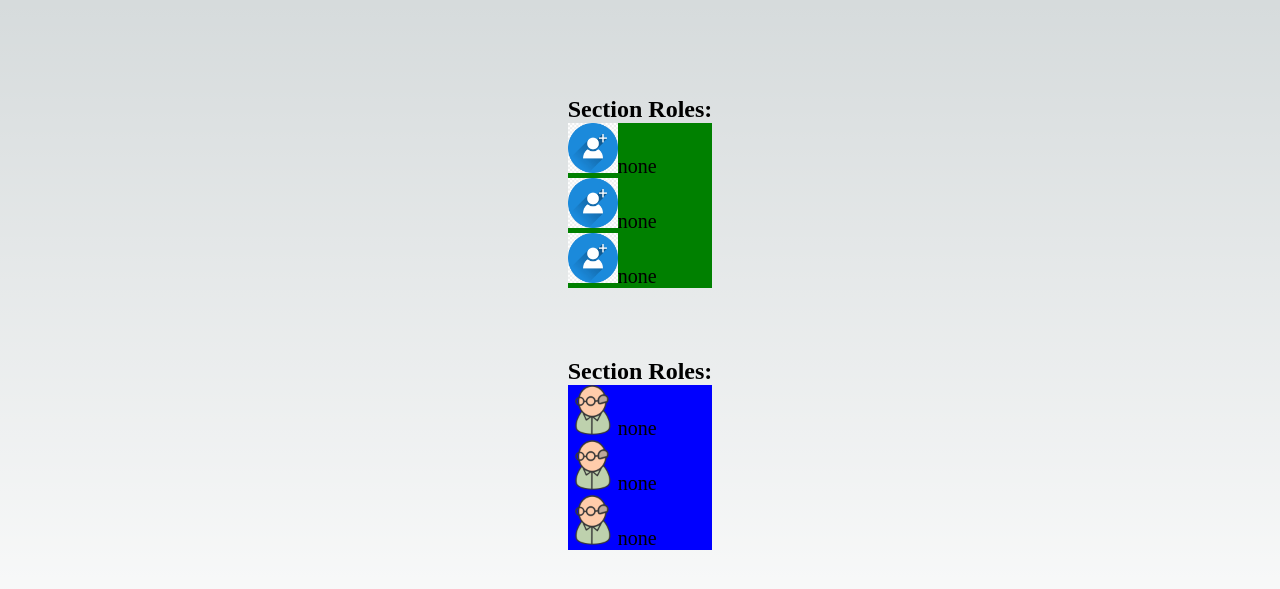
Repository: anikagrewal/week3example
Page: /about
These files come from the project's save history. The page is drawn as it stood at one moment and after the next save; the edit follows.
The browser window is 1280 px wide. The pictures show the whole page.
The project was rebuilt for these pictures with package versions that can differ from the ones it lists, and the page was loaded fresh each time. The framework's server and built-in components were replaced by stand-ins that run in the browser. Also part of the build but not shown: next.config.js.

Above is the page before, as saved 2023-01-19 12:46:24.

### pages/about.js
import Head from 'next/head'
import Image from 'next/image'
import { Inter } from '@next/font/google'
import styles from '@/styles/Home.module.css'
import data from '../data/workplace.json'
import { useState } from 'react'
import Cardtwo from '../components/Card'

const inter = Inter({ subsets: ['latin'] })

console.log(data);
export default function About() {

    const [details, setDetails] = useState([...data])

    return (
        <>
        <Head>
        <title>About Page</title>
        <meta name="description" content="Generated by create next app" />
        <meta name="viewport" content="width=device-width, initial-scale=1" />
        <link rel="icon" href="/favicon.ico" />
      </Head>
<main className={styles.main}>
<div className={styles.grid}>
<div className={styles.gridlayout}>
<div>
<h2 className={styles.busdeg}>Section Roles: </h2>
{details && details.map((detail, workplace) => {
  if(detail.section === "Frontend Developer") {
    return (
      <Cardtwo key={workplace} role={detail.role} colour="green" font="20px"/>
    )
  }


})}
</div>

<div>
<h2 className={styles.busdeg}>Section Roles: </h2>
{details && details.map((detail, workplace) => {
  if(detail.position === "Junior") {
    return (
      <Cardtwo key={workplace} firstName={detail.firstName} colour="blue" font="20px"/>
    )
  }


})}
</div>

</div>
</div>
</main>
</>
    )
}

### styles/Home.module.css
.main {
  display: flex;
  flex-direction: column;
  justify-content: space-between;
  align-items: center;
  padding: 6rem;
  min-height: 100vh;
}

.description {
  display: inherit;
  justify-content: inherit;
  align-items: inherit;
  font-size: 0.85rem;
  max-width: var(--max-width);
  width: 100%;
  z-index: 2;
  font-family: var(--font-mono);
}

.description a {
  display: flex;
  justify-content: center;
  align-items: center;
  gap: 0.5rem;
}

.description p {
  position: relative;
  margin: 0;
  padding: 1rem;
  background-color: rgba(var(--callout-rgb), 0.5);
  border: 1px solid rgba(var(--callout-border-rgb), 0.3);
  border-radius: var(--border-radius);
}

.code {
  font-weight: 700;
  font-family: var(--font-mono);
}

.grid {
  display: grid;
  grid-template-columns: (4, minmax(25%, auto));
  width: var(--max-width);
  max-width: 100%;
  justify-content: center;
}

.gridlayout {
  display: flex;
  flex-direction: column;
 gap: 70px;
}

.card {
  padding: 1rem 1.2rem;
  border-radius: var(--border-radius);
  background: rgba(var(--card-rgb), 0);
  border: 1px solid rgba(var(--card-border-rgb), 0);
  transition: background 200ms, border 200ms;
}

.card span {
  display: inline-block;
  transition: transform 200ms;
}

.card h2 {
  font-weight: 600;
  margin-bottom: 0.7rem;
}

.card p {
  margin: 0;
  opacity: 0.6;
  font-size: 0.9rem;
  line-height: 1.5;
  max-width: 30ch;
}

.center {
  display: flex;
  justify-content: center;
  align-items: center;
  position: relative;
  padding: 4rem 0;
}

.center::before {
  background: var(--secondary-glow);
  border-radius: 50%;
  width: 480px;
  height: 360px;
  margin-left: -400px;
}

.center::after {
  background: var(--primary-glow);
  width: 240px;
  height: 180px;
  z-index: -1;
}

.center::before,
.center::after {
  content: '';
  left: 50%;
  position: absolute;
  filter: blur(45px);
  transform: translateZ(0);
}

.logo,
.thirteen {
  position: relative;
}

.thirteen {
  display: flex;
  justify-content: center;
  align-items: center;
  width: 75px;
  height: 75px;
  padding: 25px 10px;
  margin-left: 16px;
  transform: translateZ(0);
  border-radius: var(--border-radius);
  overflow: hidden;
  box-shadow: 0px 2px 8px -1px #0000001a;
}

.thirteen::before,
.thirteen::after {
  content: '';
  position: absolute;
  z-index: -1;
}

.busdeg {
  display: flex;
  justify-content: center;
}

.compdeg {
  display: flex;
  justify-content: center;
}

.button {
  width: 150px;
  height: 50px;
  border-radius: 5px;
  font-size: 20px;
}


/* Conic Gradient Animation */
.thirteen::before {
  animation: 6s rotate linear infinite;
  width: 200%;
  height: 200%;
  background: var(--tile-border);
}

/* Inner Square */
.thirteen::after {
  inset: 0;
  padding: 1px;
  border-radius: var(--border-radius);
  background: linear-gradient(
    to bottom right,
    rgba(var(--tile-start-rgb), 1),
    rgba(var(--tile-end-rgb), 1)
  );
  background-clip: content-box;
}

/* Enable hover only on non-touch devices */
@media (hover: hover) and (pointer: fine) {
  .card:hover {
    background: rgba(var(--card-rgb), 0.1);
    border: 1px solid rgba(var(--card-border-rgb), 0.15);
  }

  .card:hover span {
    transform: translateX(4px);
  }
}

@media (prefers-reduced-motion) {
  .thirteen::before {
    animation: none;
  }

  .card:hover span {
    transform: none;
  }
}

/* Mobile */
@media (max-width: 700px) {
  .content {
    padding: 4rem;
  }

  .grid {
    grid-template-columns: 1fr;
    margin-bottom: 120px;
    max-width: 320px;
    text-align: center;
  }

  .card {
    padding: 1rem 2.5rem;
  }

  .card h2 {
    margin-bottom: 0.5rem;
  }

  .center {
    padding: 8rem 0 6rem;
  }

  .center::before {
    transform: none;
    height: 300px;
  }

  .description {
    font-size: 0.8rem;
  }

  .description a {
    padding: 1rem;
  }

  .description p,
  .description div {
    display: flex;
    justify-content: center;
    position: fixed;
    width: 100%;
  }

  .description p {
    align-items: center;
    inset: 0 0 auto;
    padding: 2rem 1rem 1.4rem;
    border-radius: 0;
    border: none;
    border-bottom: 1px solid rgba(var(--callout-border-rgb), 0.25);
    background: linear-gradient(
      to bottom,
      rgba(var(--background-start-rgb), 1),
      rgba(var(--callout-rgb), 0.5)
    );
    background-clip: padding-box;
    backdrop-filter: blur(24px);
  }

  .description div {
    align-items: flex-end;
    pointer-events: none;
    inset: auto 0 0;
    padding: 2rem;
    height: 200px;
    background: linear-gradient(
      to bottom,
      transparent 0%,
      rgb(var(--background-end-rgb)) 40%
    );
    z-index: 1;
  }
}

/* Tablet and Smaller Desktop */
@media (min-width: 701px) and (max-width: 1120px) {
  .grid {
    grid-template-columns: repeat(2, 50%);
  }
}

@media (prefers-color-scheme: dark) {
  .vercelLogo {
    filter: invert(1);
  }

  .logo,
  .thirteen img {
    filter: invert(1) drop-shadow(0 0 0.3rem #ffffff70);
  }
}

@keyframes rotate {
  from {
    transform: rotate(360deg);
  }
  to {
    transform: rotate(0deg);
  }
}

### data/workplace.json
[
    {
    "employeeNumber": "E2345",
    "firstName": "Joe",
    "role": "HTML",
    "position": "Junior",
    "section": "Frontend Developer",
    "startDate": 2021
},
{
    "employeeNumber": "E6789",
    "firstName": "Alice",
    "role": "Next.js",
    "position": "Junior",
    "section": "Frontend Developer",
    "startDate": 2020
},
{
    "employeeNumber": "E1011",
    "firstName": "Jane",
    "role": "Javascript",
    "position": "Junior",
    "section": "Frontend Developer",
    "startDate": 2022
}
]

### components/Card/index.js
export default function Card({
    degree = "none",
    colour = "purple",
    font = "0",
    image = "icon/personTwo.png"
}) {
    return(
        <div style={{backgroundColor: colour, fontSize:font}}>
            {
                colour === "red" ? <img src={'icon/person.png'} width="50"/> :
                colour === "blue" ? <img src={'icon/personThree.png'} width="50"/>:
                                     <img src={image} width="50"/>
            }
            {degree}
        </div>
    )
}

Loaded but not shown: pages/_app.js (common file); pages/_document.js (common file); styles/globals.css (common file)

After the next save:
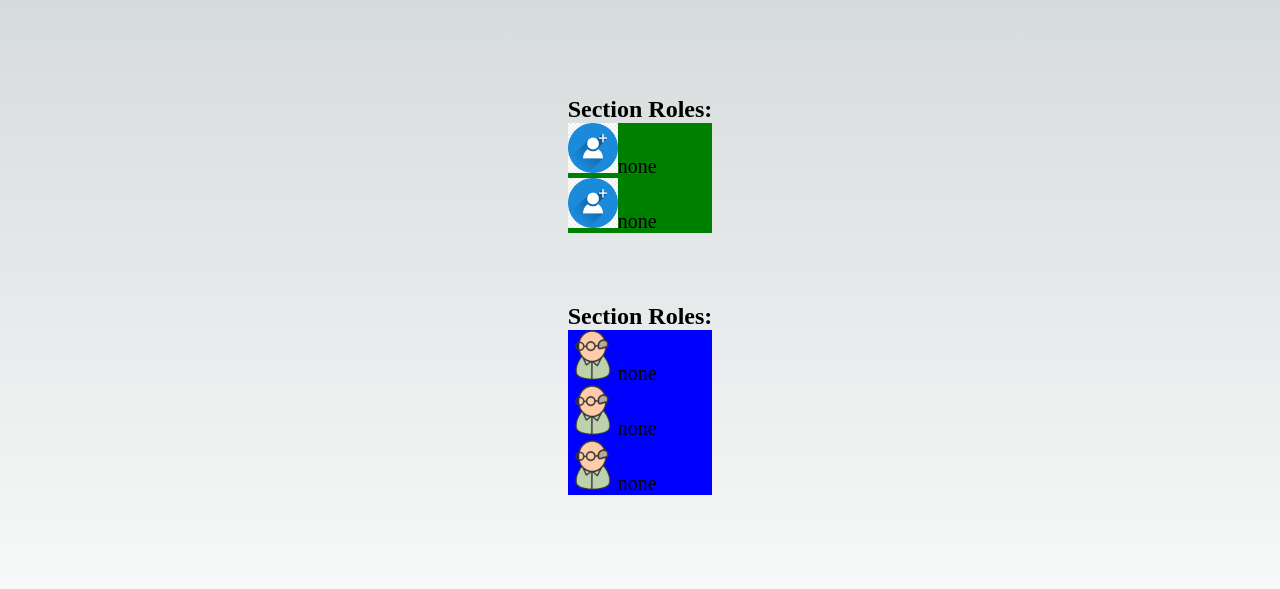
Saved 2 min 24 s later.
--- a/data/workplace.json
+++ b/data/workplace.json
@@ -18,9 +18,9 @@
 {
     "employeeNumber": "E1011",
     "firstName": "Jane",
-    "role": "Javascript",
+    "role": "Photoshop",
     "position": "Junior",
-    "section": "Frontend Developer",
+    "section": "Graphic Designer",
     "startDate": 2022
 }
 ]
